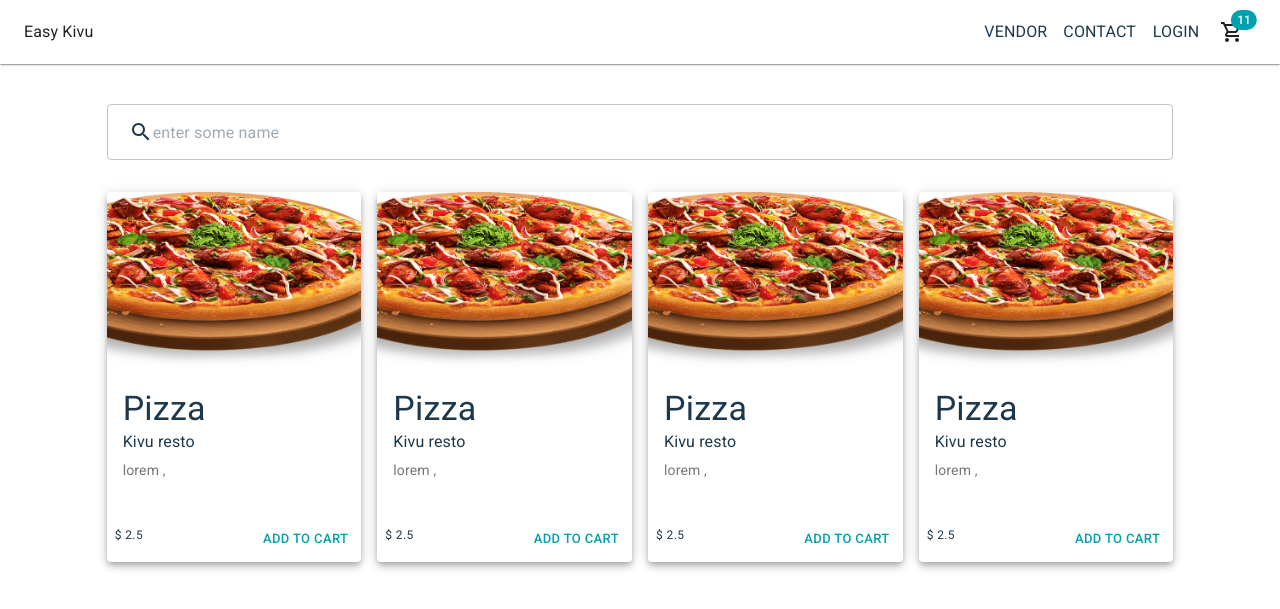
Repository: kilamaelie/jokes-dapp
Page: /
An editor plug-in stored every save of this project. The page is shown before and after the next save, followed by the edit.
The browser window is 1280 px wide. The pictures show the whole page.
The project was rebuilt for these pictures with package versions that can differ from the ones it lists, and the page was loaded fresh each time. Also part of the build but not shown: src/ui/page/dashboard/dashboard.js.

Above is the page before, as saved 2021-06-28 02:14:48.

### src/App.js
import React from 'react'
import {BrowserRouter as Router ,Switch,Route} from 'react-router-dom'
import {ThemeProvider } from "@material-ui/core/styles";
import theme from './App_theme/theme'
import CssBaseline from '@material-ui/core/CssBaseline'
import Main from './ui/page/website/main'
import Dashboards from  './ui/page/dashboard/dashboard'
import AppBars from './ui/widget/appbar'



const App =()=>{


  return (
    <ThemeProvider theme={theme}>
      <CssBaseline>
          <Router>
            <AppBars/>
            <Switch>
              <Route path='/dashboard' component={Dashboards}/>
              <Route path= '/' component={Main}/>
            </Switch>
          </Router>
      </CssBaseline>
    </ThemeProvider>
  )
}

export default App

### src/App_theme/theme.js
import {createMuiTheme} from '@material-ui/core/styles'


const theme =createMuiTheme({
    palette:{
        primary:{
          main: '#FFF'
        },
        secondary:{
          main: '#00A1AF'
        },
        background:{
          default:'#FFF'
        },
        text:{
          primary:'#1D384C'
        }

      }
})

export default theme

### src/ui/page/website/main.js
import React from 'react'
import {Switch,Route} from 'react-router-dom'
import Home from './screen/home'



const Main =()=>{
    return (
            <Switch>

                <Route exact path= '/' component={Home}/>
            </Switch>
        )
}

export default Main

### src/ui/widget/appbar.js
import React,{useState} from 'react'
import {Grid,AppBar,Toolbar,IconButton,Typography,Button,Dialog,DialogContent,DialogContentText,MenuItem,Menu,Badge} from '@material-ui/core';
import RestaurantMenuIcon from '@material-ui/icons/RestaurantMenu';
import AccountCircle from '@material-ui/icons/AccountCircle';
import NotificationsIcon from '@material-ui/icons/Notifications';
import MoreIcon from '@material-ui/icons/MoreVert';
import { useTheme} from '@material-ui/core/styles'
import useMediaQuery from '@material-ui/core/useMediaQuery';
import useStyles from '../style'
import {Link} from 'react-router-dom'
import ShoppingCartOutlinedIcon from '@material-ui/icons/ShoppingCartOutlined';




const AppBars =()=>{

  const classes = useStyles();
  const [open, setOpen] = useState(false);
  const theme = useTheme();
  const fullScreen = useMediaQuery(theme.breakpoints.down('sm'));

  const handleClickOpen = () => {
    setOpen(true);
  };
  const handleClose = () => {
    setOpen(false);
  };
  // for the app bar

  const [anchorEl, setAnchorEl] = React.useState(null);
  const [mobileMoreAnchorEl, setMobileMoreAnchorEl] = React.useState(null);

  const isMenuOpen = Boolean(anchorEl);
  const isMobileMenuOpen = Boolean(mobileMoreAnchorEl);

  const handleProfileMenuOpen = (event) => {
    setAnchorEl(event.currentTarget);
  };
  const handleMenuClose = () => {
    setAnchorEl(null);
    handleMobileMenuClose();
  };
  const handleMobileMenuClose = () => {
    setMobileMoreAnchorEl(null);
  };
  const handleMobileMenuOpen = (event) => {
    setMobileMoreAnchorEl(event.currentTarget);
  };
  const handleLogoutAndMenuClose = () =>{
    const logout = localStorage.removeItem('token')
    localStorage.removeItem('id')
    localStorage.removeItem('user')
    setAnchorEl(null);
    handleMobileMenuClose();
    window.location.reload();
    return logout
  }

  const menuId = 'primary-search-account-menu';
  const renderMenu = (
    <Menu
      anchorEl={anchorEl}
      anchorOrigin={{ vertical: 'top', horizontal: 'right' }}
      id={menuId}
      keepMounted
      transformOrigin={{ vertical: 'top', horizontal: 'right' }}
      open={isMenuOpen}
      onClose={handleMenuClose}
    >
      <MenuItem onClick={handleMenuClose}>Profile</MenuItem>
      <MenuItem onClick={handleLogoutAndMenuClose}>Logout</MenuItem>
    </Menu>
  );

  const mobileMenuId = 'primary-search-account-menu-mobile';
  const renderMobileMenu = (
    <Menu
      anchorEl={mobileMoreAnchorEl}
      anchorOrigin={{ vertical: 'top', horizontal: 'right' }}
      id={mobileMenuId}
      keepMounted
      transformOrigin={{ vertical: 'top', horizontal: 'right' }}
      open={isMobileMenuOpen}
      onClose={handleMobileMenuClose}
    >
          <MenuItem>
          <Typography className={classes.typoAppbar}>VENDOR</Typography>
          </MenuItem>
          <MenuItem>
           <Typography className={classes.typoAppbar}>Contact</Typography>
          </MenuItem>
          {/* {
            token!=null? <div>
               <MenuItem>
        <IconButton aria-label="show 11 new notifications" color="inherit">
          <Badge badgeContent={11} color="secondary">
            <NotificationsIcon />
          </Badge>
        </IconButton>
        <p>Notifications</p>
      </MenuItem>
      <MenuItem onClick={handleProfileMenuOpen}>
        <IconButton
          aria-label="account of current user"
          aria-controls="primary-search-account-menu"
          aria-haspopup="true"
          color="inherit"
        >
          <AccountCircle />
        </IconButton>
        <p>Profile</p>
      </MenuItem>
            </div>

            :  */}
             <div>
              <MenuItem>
            <Button onClick={handleClickOpen}><Typography className={classes.typoAppbar}>Login</Typography></Button>
                    <Dialog
                        // fullScreen={fullScreen}
                        open={open}
                        onClose={handleClose}
                        aria-labelledby="responsive-dialog-title"
                          >
                            <DialogContent>
                              <DialogContentText>
                                  {/* <Login/> */}
                              </DialogContentText>
                            </DialogContent>
                    </Dialog>
          </MenuItem>
            </div>
          {/* } */}


    </Menu>
  );
  return (
      <Grid container direction='row'>
          {/* <Grid item xs={1} sm={1}></Grid> */}
          <Grid item xs={12} sm={12}>
          <AppBar position="fixe" elevation={1}  >
        <Toolbar>
          {/* <IconButton
            component={Link}
            to='/'
            edge="start"
            className={classes.menuButton}
            color="inherit"
            aria-label="open drawer"
          >
            <RestaurantMenuIcon className={classes.icon} />
          </IconButton> */}
          <Typography className={classes.title}  noWrap>
            Easy Kivu
          </Typography>

          <div className={classes.grow} />
          <div className={classes.sectionDesktop}>
             <Button ><Typography className={classes.typoAppbar}>VENDOR</Typography></Button>
            <Button><Typography className={classes.typoAppbar}>CONTACT</Typography></Button>
            {/* {token!=null?
            <div>
            <IconButton aria-label="show 17 new notifications" color="inherit">
              <Badge badgeContent={17} color="secondary">
                <NotificationsIcon  color="secondary"/>
              </Badge>
            </IconButton>
            <IconButton
              edge="end"
              aria-label="account of current user"
              aria-controls={menuId}
              aria-haspopup="true"
              onClick={handleProfileMenuOpen}
              color="inherit"
            >
              <AccountCircle color="secondary" />
            </IconButton>
            </div>
            : */}
            <div>
               <Button onClick={handleClickOpen}><Typography className={classes.typoAppbar}>LOGIN</Typography></Button>
                <Dialog
                    // fullScreen={fullScreen}
                    open={open}
                    onClose={handleClose}
                    aria-labelledby="responsive-dialog-title"
                      >
                        <DialogContent>
                          <DialogContentText>
                          {/* <Login/> */}
                          </DialogContentText>
                        </DialogContent>

                    </Dialog>
            </div>

            {/* } */}

          </div>
          <IconButton aria-label="show 11 new notifications" color="inherit">
          <Badge badgeContent={11} color="secondary">
            <ShoppingCartOutlinedIcon />
          </Badge>
        </IconButton>
          <div className={classes.sectionMobile}>
            <IconButton
              aria-label="show more"
              aria-controls={mobileMenuId}
              aria-haspopup="true"
              onClick={handleMobileMenuOpen}
              color="inherit"
            >
              <MoreIcon className={classes.icon} />
            </IconButton>
          </div>
        </Toolbar>
      </AppBar>
      {renderMobileMenu}
      {renderMenu}
          </Grid>
          {/* <Grid item xs={1} sm={1}></Grid> */}
      </Grid>
  )

}
export default AppBars

### src/ui/page/website/screen/home.js
import React from 'react'
import useStyles from '../../../style'
import {Grid,TextField,InputAdornment} from '@material-ui/core'
import SearchIcon from '@material-ui/icons/Search';
import CardItem from '../screen/widget/card'


const Home = () =>{
    const classes =useStyles()

    return (
        <Grid container direction='row' className={classes.margin_40} >
            <Grid item xs={1} sm={1}></Grid>
            <Grid item xs={10} sm={10}  >
               <Grid container spacing={4}  >
                   <Grid item xs={12} sm={12}>
                       <TextField
                        variant='outlined'
                        fullWidth
                        onFocus
                        placeholder="enter some name"
                        InputProps={{
                            startAdornment: (
                              <InputAdornment position="end">
                                <SearchIcon />
                              </InputAdornment>
                            ),
                          }}
                       />
                   </Grid>
                   <Grid item xs={12} sm={12}>
                       <Grid container spacing ={2}>
                           <Grid item xs={12} sm={3}>
                           <CardItem/>
                           </Grid>
                           <Grid item xs={12} sm={3}>
                           <CardItem/>
                           </Grid>
                           <Grid item xs={12} sm={3}>
                           <CardItem/>
                           </Grid>
                           <Grid item xs={12} sm={3}>
                           <CardItem/>
                           </Grid>
                       </Grid>
                   </Grid>
               </Grid>
            </Grid>
            <Grid item xs={1} sm={1}></Grid>
        </Grid>
    )
}

export default Home

### src/ui/style.js
import {makeStyles} from '@material-ui/core/styles'

export default makeStyles((theme)=>({

    app:{
        background:'white',
        //marginTop:10,
        // marginbo

    },
    title:{
        color:theme.palette.primary.secondary,
        fontWeight:400,

    },
    grow: {
        flexGrow: 1,
      },
      menuButton: {
        marginRight: theme.spacing(4),
      },
      title: {
        display: '',
        color:theme.palette.primary.secondary,
        fontWeight: 400 ,
        [theme.breakpoints.up('sm')]: {
          display: 'block',
          fontWeight: 400
        },
      },

      sectionDesktop: {
        display: 'none',
        [theme.breakpoints.up('md')]: {
          display: 'flex',
        },
      },
      sectionMobile: {
        display: 'flex',
        [theme.breakpoints.up('md')]: {
          display: 'none',
        },
      },
    icon:{
        color:theme.palette.primary.secondary,
    },
    typoAppbar:{
      color:theme.palette.primary.secondary,
      fontSize: 15,
      fontWeight:400
    },
    homeAppbar:{
      marginTop:40,
      backgroundColor:theme.palette.primary.secondary,
      height:80,
      borderRadius:"10px"
    },
    margin_40:{
      marginTop: 40,
      marginBottom:40
    }

}))

### src/ui/page/website/screen/widget/card.js
import React from 'react'
import {Grid,TextField,Typography} from '@material-ui/core'
import Card from '@material-ui/core/Card';
import CardActionArea from '@material-ui/core/CardActionArea';
import CardActions from '@material-ui/core/CardActions';
import CardContent from '@material-ui/core/CardContent';
import CardMedia from '@material-ui/core/CardMedia';
import Button from '@material-ui/core/Button';
import Pizza from '../../../../../assets/pizza.png'


const CardItem =()=>{
    return (
        <Card elevation={5} >
        {/* <CardActionArea> */}
          <CardMedia
            style={{height:180}}
            image={Pizza}
            // title={imagetitle}
          />
          <CardContent>
            <Typography variant="caption" variant='h4' component="h2" >
              Pizza
            </Typography>
            <Typography gutterBottom  component="h2" >
              Kivu resto
            </Typography>
            <Typography variant="body2" color="textSecondary" style={{height:40}}>
             lorem ,
            </Typography>
          </CardContent>
        {/* </CardActionArea> */}
        <CardActions>
          <Grid container>
            <Grid item sm={6} md={6} xs={6} justify="center">
              <Typography variant="caption">
                $ 2.5
              </Typography>
            </Grid>
            <Grid item md={6} xs={6}>
              <Grid container direction="column" justify="center" alignItems="flex-end">
              <Button size="small" color="secondary" >
                Add to cart
              </Button>
              </Grid>
            </Grid>
          </Grid>
        </CardActions>
      </Card>
    )
}


export default CardItem;

Loaded but not shown: public/index.html (common file); src/index.js (common file); src/index.css (common file); src/reportWebVitals.js (common file)

After the next save:
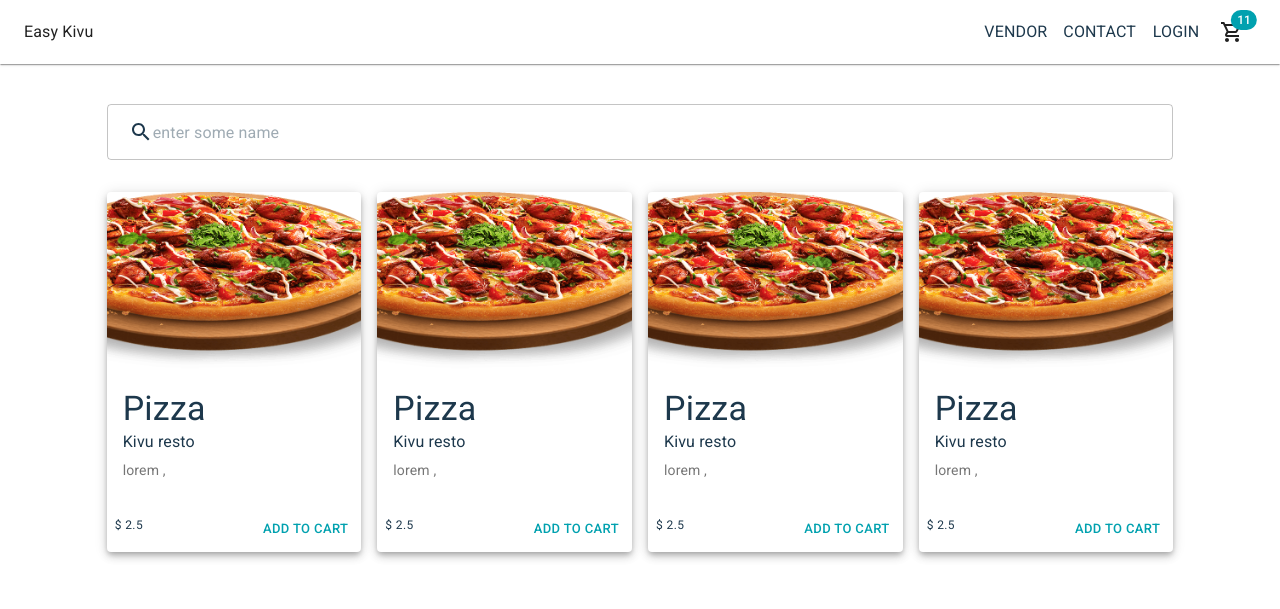
Saved 3 min 24 s later.
--- a/src/ui/page/website/screen/widget/card.js
+++ b/src/ui/page/website/screen/widget/card.js
@@ -25,7 +25,7 @@ const CardItem =()=>{
             <Typography gutterBottom  component="h2" >
               Kivu resto
             </Typography>
-            <Typography variant="body2" color="textSecondary" style={{height:40}}>
+            <Typography variant="body2" color="textSecondary" style={{height:30}}>
              lorem ,
             </Typography>
           </CardContent>
